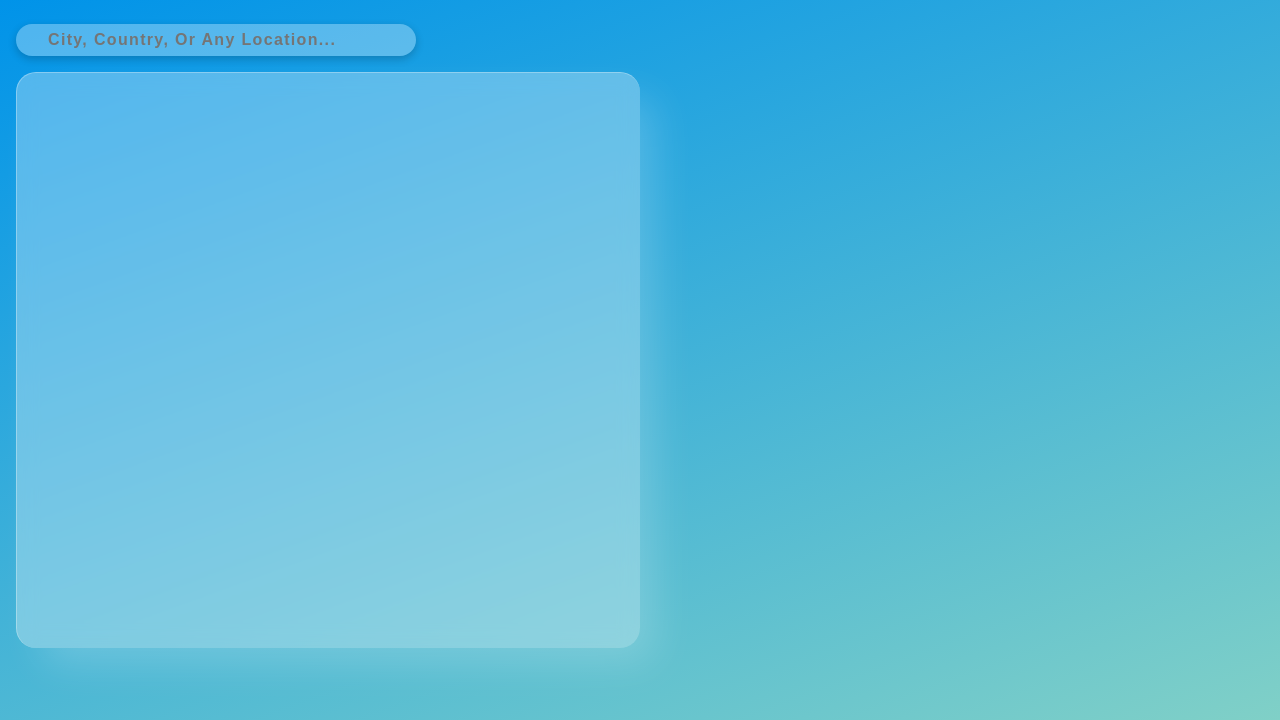
Repository: Haydenleung/weather-app-2024
Page: /
An editor plug-in stored every save of this project. The page is shown before and after the next save, followed by the edit.
The browser window is 1280 px wide. The pictures show the whole page.
The project was rebuilt for these pictures with package versions that can differ from the ones it lists, and the page was loaded fresh each time. The framework's server and built-in components were replaced by stand-ins that run in the browser. Also part of the build but not shown: next.config.mjs.

Above is the page before, as saved 2024-02-09 09:28:59.

After the next save:
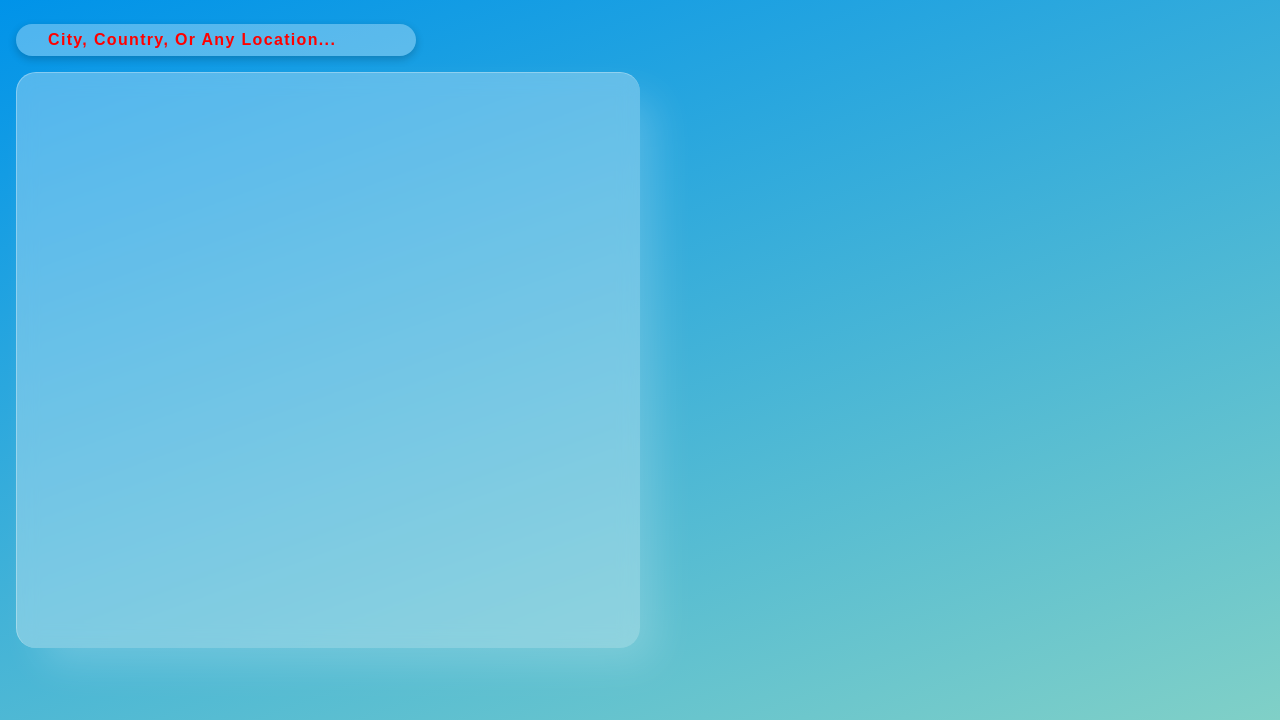
Saved 24 s later.
--- a/src/styles/globals.css
+++ b/src/styles/globals.css
@@ -52,6 +52,11 @@ input,
 select,
 textarea {
   color: #ff0000;
+}
+
+::placeholder {
+  color: red;
+  opacity: 1;
 }
 
 .search:hover {
